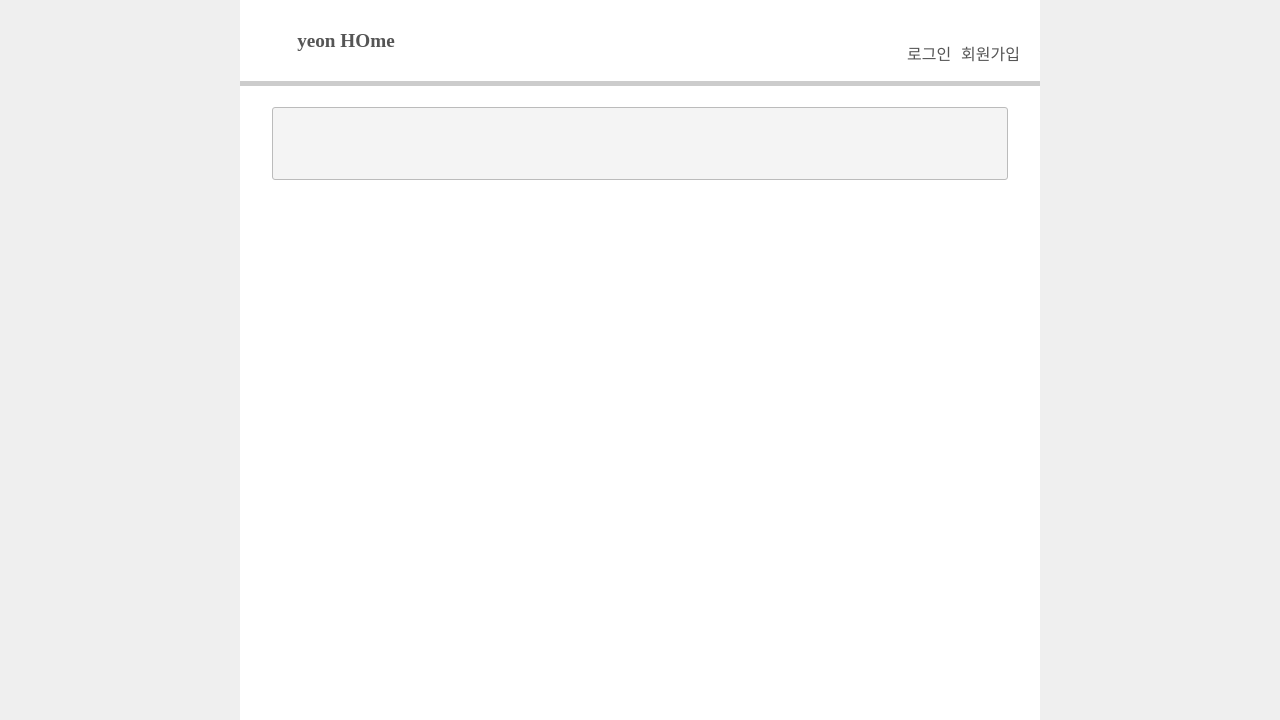
Repository: yeonhwa323/webPro
Page: webPro/src/main/webapp/javascript/days07/ex03_02.html
An editor plug-in stored every save of this project. The page is shown before and after the next save, followed by the edit.
The browser window is 1280 px wide. The pictures show the whole page.
Some web fonts or font styles are not loaded; a fallback is used.

Above is the page before, as saved 2024-04-15 00:26:23.

After the next save:
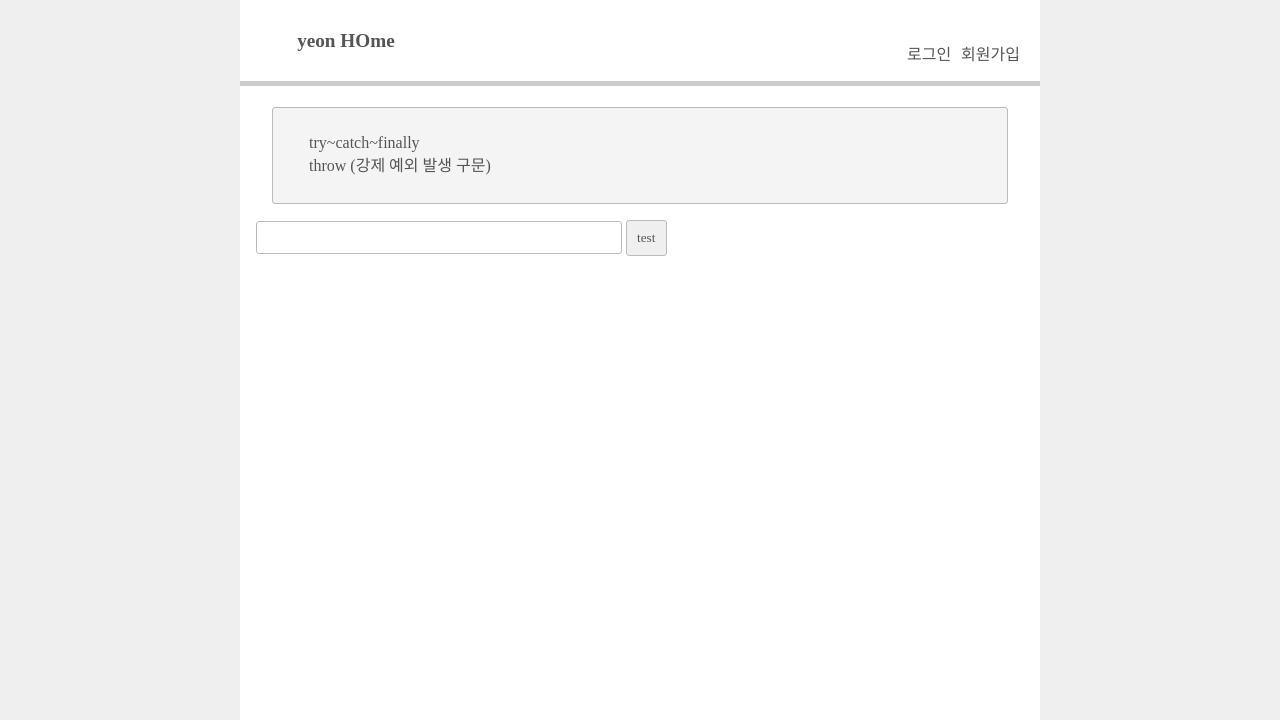
Saved 96 s later.
--- a/webPro/src/main/webapp/javascript/days07/ex03_02.html
+++ b/webPro/src/main/webapp/javascript/days07/ex03_02.html
@@ -24,8 +24,13 @@
 </header>
 <div>
   <xmp class="code">
+     try~catch~finally
+     throw (강제 예외 발생 구문)
+  </xmp>
+  <input type="text" id="msg" class="long" />
+  <input type="button" value="test" />
+  <p id="demo"></p>
 
-  </xmp>
 </div>
 </body>
 </html>
